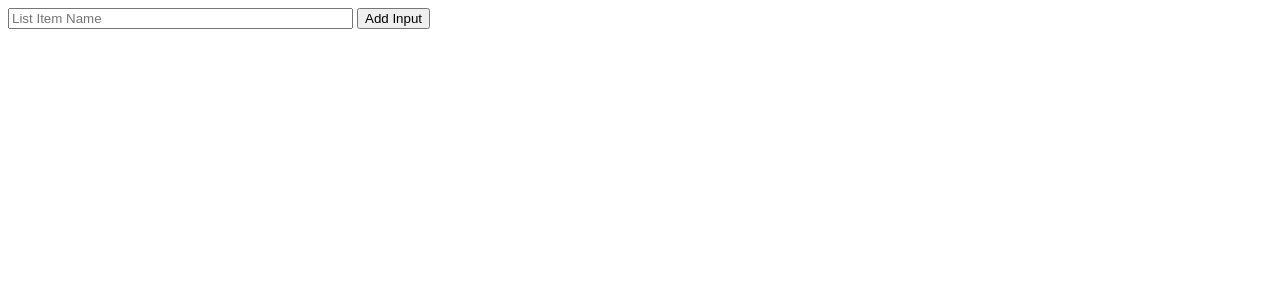
Repository: ohall/kickball_complete
Page: Ref_App/assets/www/index.html
The author's editor kept a copy of each file at every save. The page is drawn from the files as they stood at one save, then again after the next save.
The browser window is 1280 px wide. The pictures show the whole page.

Above is the page before, as saved 2011-11-10 21:28:45.

### Ref_App/assets/www/index.html
<!DOCTYPE HTML>
<html>
<head>
	<meta charset="utf-8" />
	<title>PhoneGap</title>
	<script type="text/javascript" charset="utf-8" src="ref_app.js"></script>
</head>


<body>
    <form>
        <input type="text" id="inputText" size="40" placeholder="List Item Name" />
        <input type="button" value="Add Input" id="addButton" />
    </form>
    <ul id="list">



    </ul>

</body>

</html>

### Ref_App/assets/www/ref_app.js
window.onload = init;

function init(){
    var addButton = document.getElementById("addButton");
    addButton.onclick = hbclick;
}




function hbclick() {

    var textinput = document.getElementById("inputText");
    var itemname = textinput.value;

    var listItem = document.createElement("li");
    listItem.innerHTML = itemname;

    var list = document.getElementById("list");
    list.appendChild(listItem);


}

After the next save:
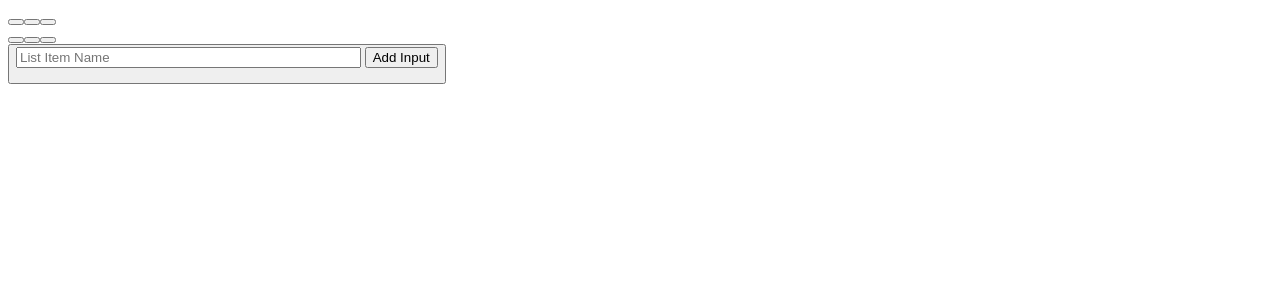
Saved 32 min 42 s later.
--- a/Ref_App/assets/www/index.html
+++ b/Ref_App/assets/www/index.html
@@ -8,6 +8,23 @@
 
 
 <body>
+
+	<div>
+		<button id="strikeButt"/>
+		<button id="foulButt"/>
+		<button id="ballButt"/>
+	</div>
+	<div>
+		<button id="runnerSafeButt"/>
+		<button id="runnerOutButt"/>
+		<button id="ballButt"/>
+	</div>
+
+	<button id="undoButt"/>
+
+
+
+	</hgroup>
     <form>
         <input type="text" id="inputText" size="40" placeholder="List Item Name" />
         <input type="button" value="Add Input" id="addButton" />
